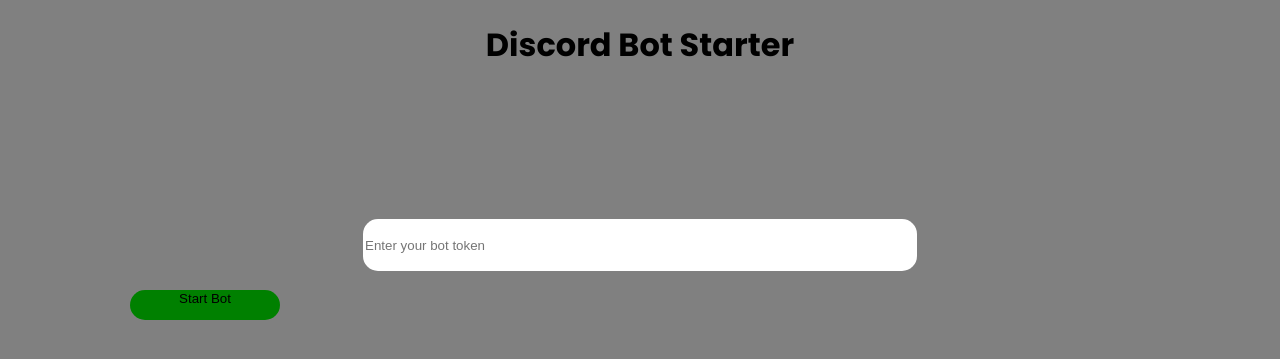
Repository: ranger2202/discord-bot-panel
Page: ranger-bot-runner/app/templates/landing.html
These files come from the project's save history. The page is drawn as it stood at one moment and after the next save; the edit follows.
The browser window is 1280 px wide. The pictures show the whole page.

Above is the page before, as saved 2023-12-30 12:07:32.

After the next save:
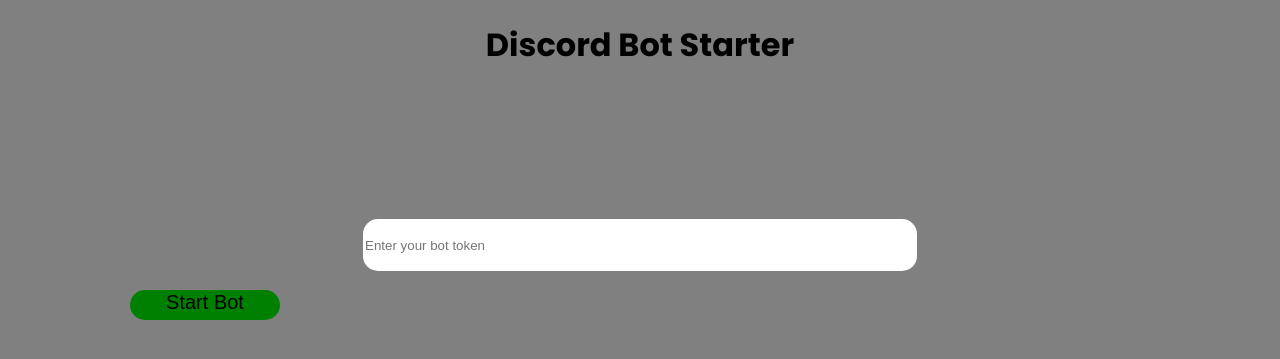
Saved 4 s later.
--- a/ranger-bot-runner/app/static/landing.css
+++ b/ranger-bot-runner/app/static/landing.css
@@ -18,7 +18,7 @@
     border-radius: 15px;
     background-color: green;
     border: none;
-    font: ;
+    font-size: 20px;
 }
 .bot-header{
     display: flex;
